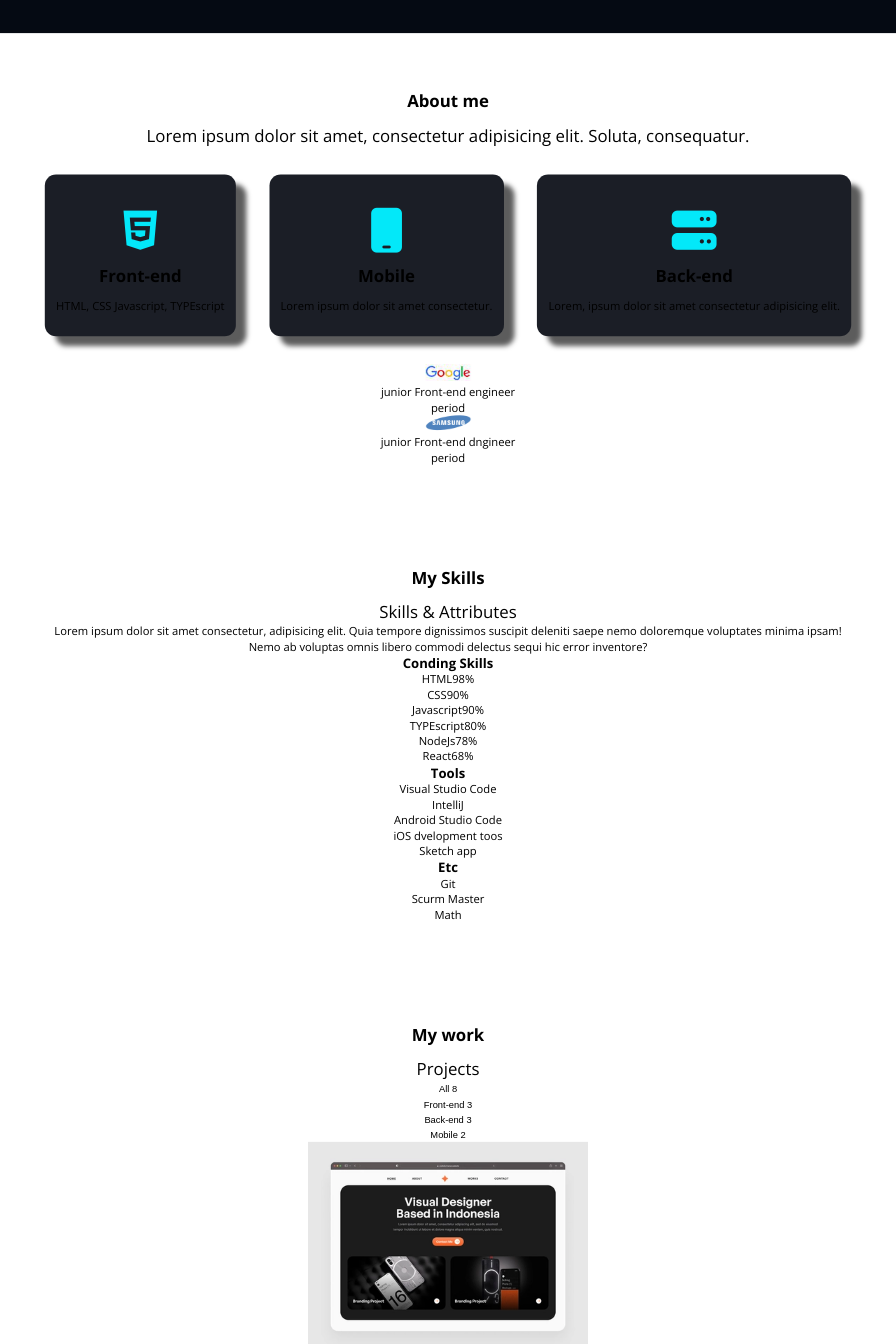
Repository: Arden-Sol/portfolio-website-clone-coding
Page: index.html
An editor plug-in stored every save of this project. The page is shown before and after the next save, followed by the edit.
The browser window is 1280 px wide. The pictures show the part of the page from y = 675 to 2595 px (the page is 6690 px tall before and 6712 px after), at 70% of full size.
Some web libraries are served in a nearby version.

Above is the page before, as saved 2024-03-26 21:48:51.

After the next save:
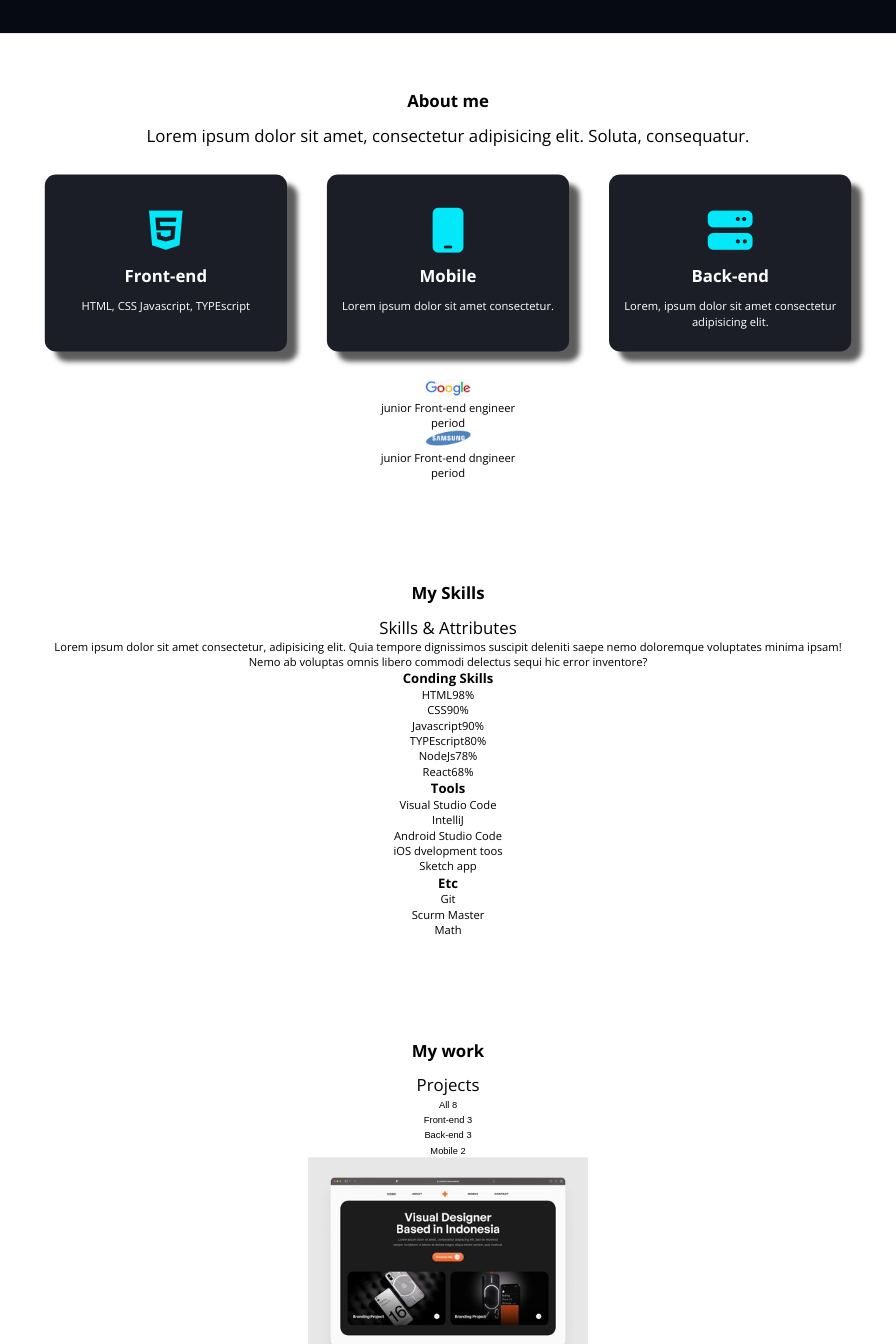
Saved 8 s later.
--- a/css/style.css
+++ b/css/style.css
@@ -149,7 +149,7 @@
 .major {
   background-color: var(--color-primary-variant);
   padding: 2rem 1rem;
-  width: 30%
+  width: 30%;
   color: var(--color-text);
   border-radius: 1rem;
   cursor: default;
